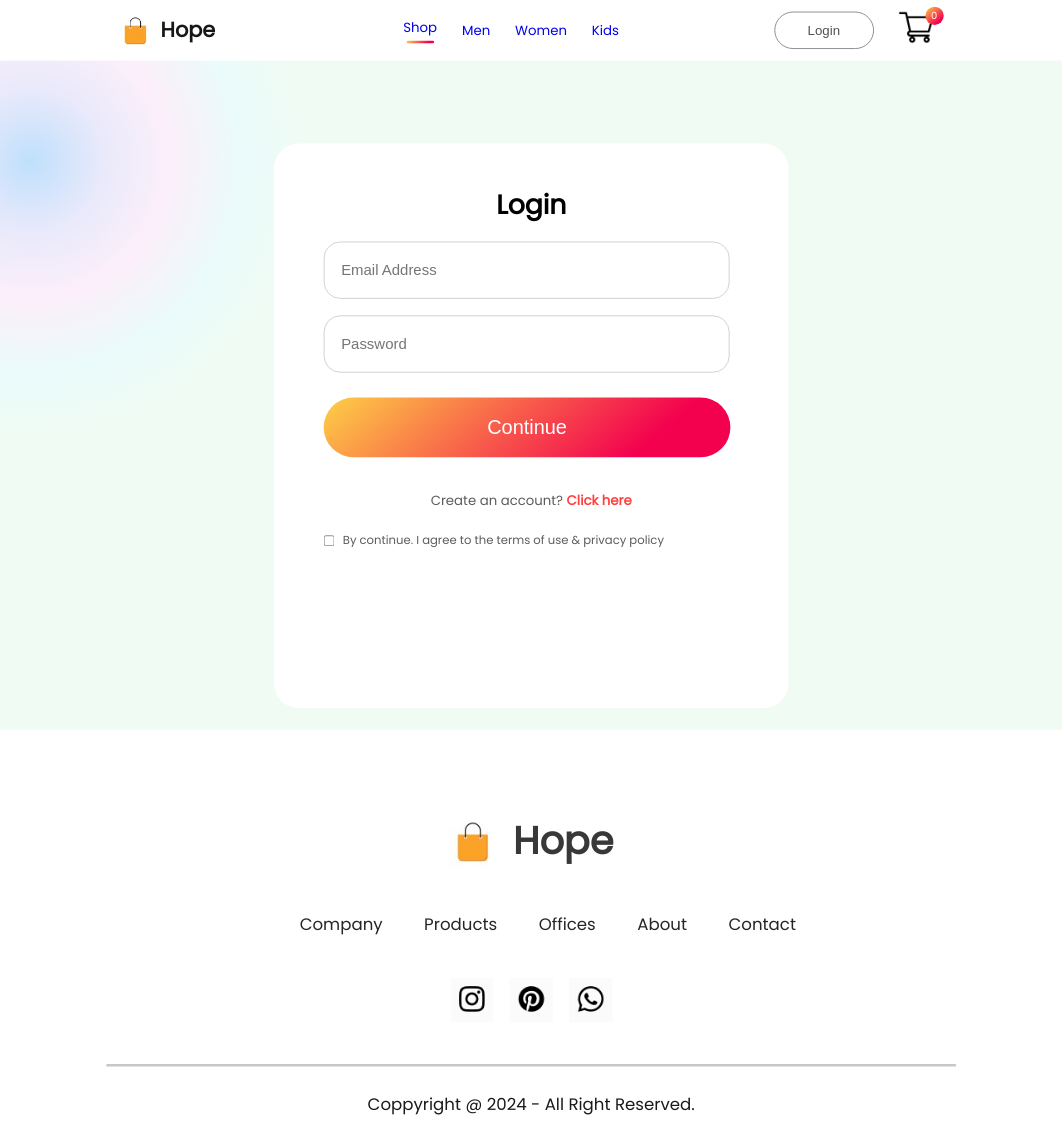
Repository: ititiu20201/Shopping-Online
Page: /login (app in my-app/)
An editor plug-in stored every save of this project. The page is shown before and after the next save, followed by the edit.
The browser window is 1280 px wide. The pictures show the whole page, at 83% of full size.
The project was rebuilt for these pictures with package versions that can differ from the ones it lists, and the page was loaded fresh each time. Also part of the build but not shown: my-app/src/App.css, my-app/src/Pages/CSS/ShopCategory.css, my-app/src/Components/Item/Item.css, my-app/src/Components/Item/Item.jsx, my-app/src/Pages/ShopCategory.jsx, my-app/src/Components/Hero/Hero.css, my-app/src/Components/Hero/Hero.jsx, my-app/src/Components/Popular/Popular.css and 22 more.

Above is the page before, as saved 2024-06-19 03:06:27.

After the next save:
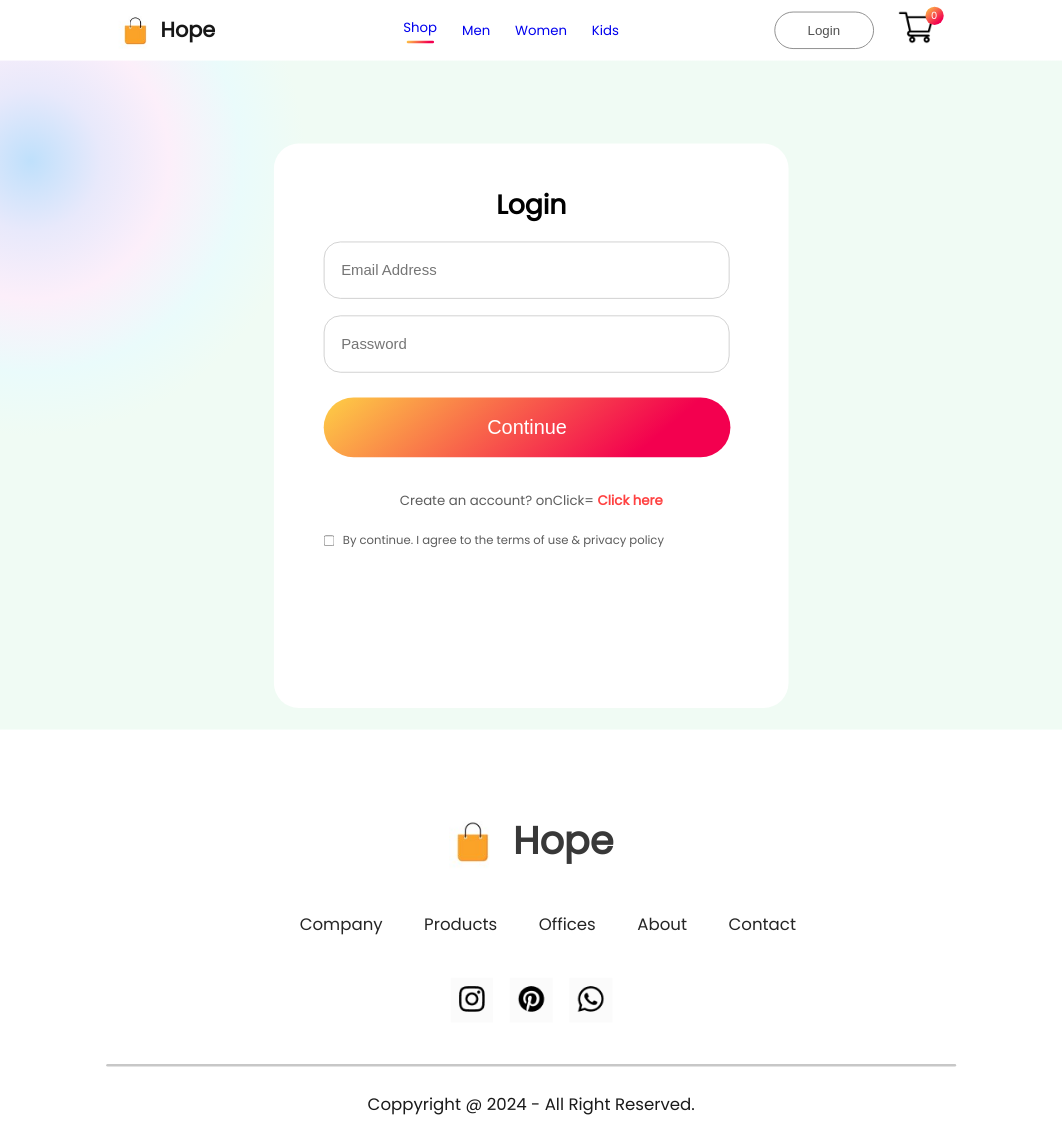
Saved 101 s later.
--- a/my-app/src/Pages/LoginSignup.jsx
+++ b/my-app/src/Pages/LoginSignup.jsx
@@ -20,11 +20,19 @@
         <button>Continue</button>
         {state === "Sign up" ? (
           <p className="loginsignup-login">
-            Already have a account? <span>Login here</span>
+            Already have a account? onClick=
+            {() => {
+              setState("Log in");
+            }}{" "}
+            <span>Login here</span>
           </p>
         ) : (
           <p className="loginsignup-login">
-            Create an account? <span>Click here</span>
+            Create an account? onClick=
+            {() => {
+              setState("Sign up");
+            }}{" "}
+            <span>Click here</span>
           </p>
         )}
 

After the save that followed:
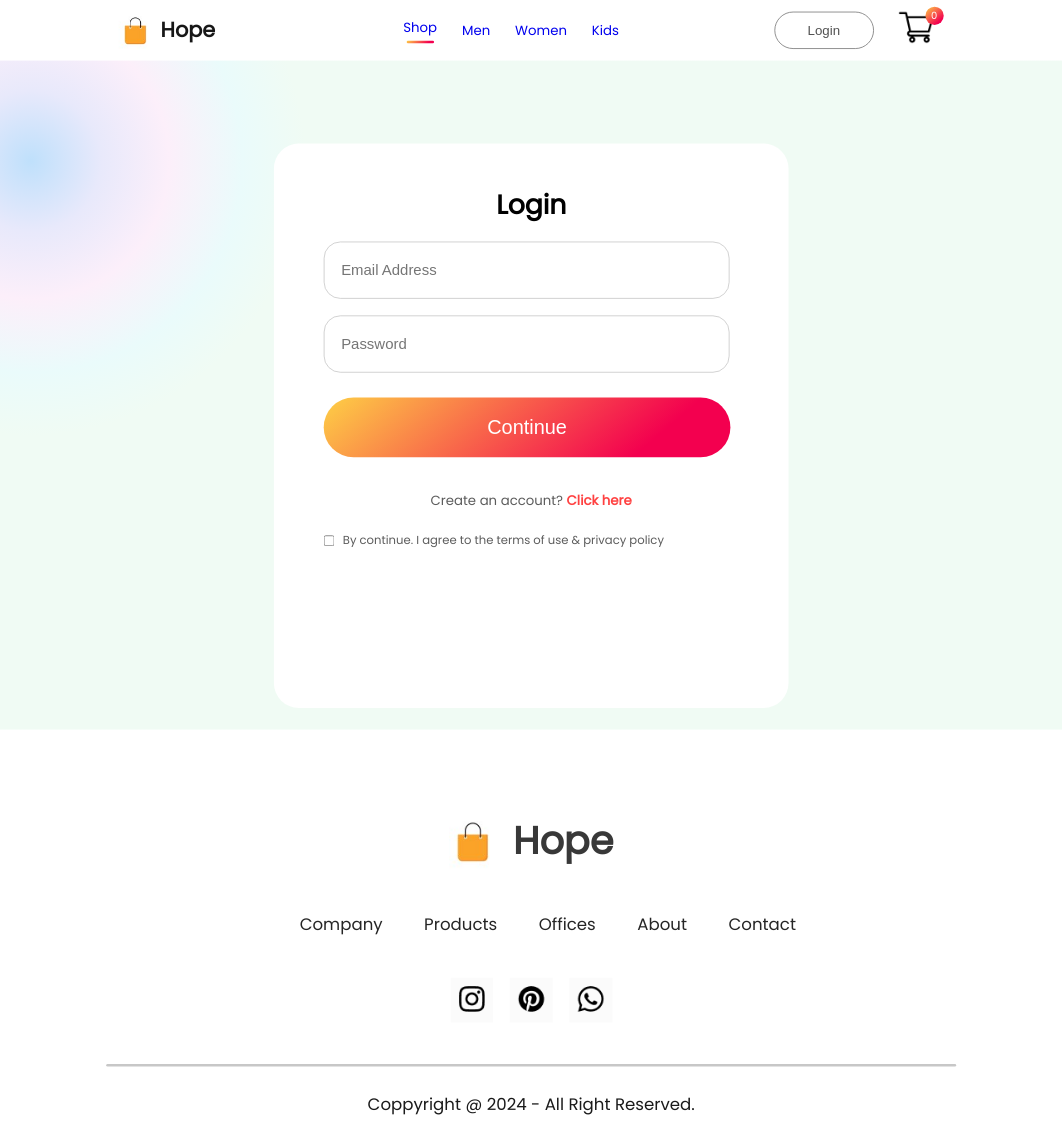
Saved 3 min 39 s later.
--- a/my-app/src/Pages/LoginSignup.jsx
+++ b/my-app/src/Pages/LoginSignup.jsx
@@ -20,19 +20,25 @@
         <button>Continue</button>
         {state === "Sign up" ? (
           <p className="loginsignup-login">
-            Already have a account? onClick=
-            {() => {
-              setState("Log in");
-            }}{" "}
-            <span>Login here</span>
+            Already have a account?{" "}
+            <span
+              onClick={() => {
+                setState("Log in");
+              }}
+            >
+              Login here
+            </span>
           </p>
         ) : (
           <p className="loginsignup-login">
-            Create an account? onClick=
-            {() => {
-              setState("Sign up");
-            }}{" "}
-            <span>Click here</span>
+            Create an account?{" "}
+            <span
+              onClick={() => {
+                setState("Sign up");
+              }}
+            >
+              Click here
+            </span>
           </p>
         )}
 
